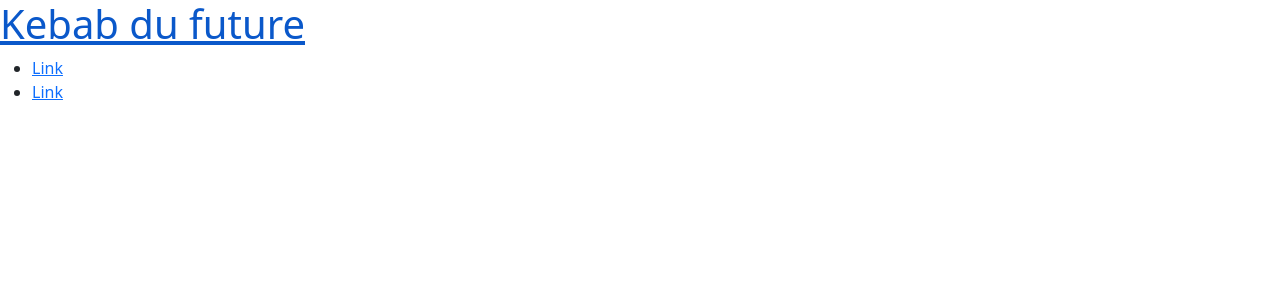
Repository: phbord/THP-js-exercices-manipulation-DOM
Page: index.html
The author's editor kept a copy of each file at every save. The page is drawn from the files as they stood at one save, then again after the next save.
The browser window is 1280 px wide. The pictures show the whole page.

Above is the page before, as saved 2021-07-19 10:21:33.

After the next save:
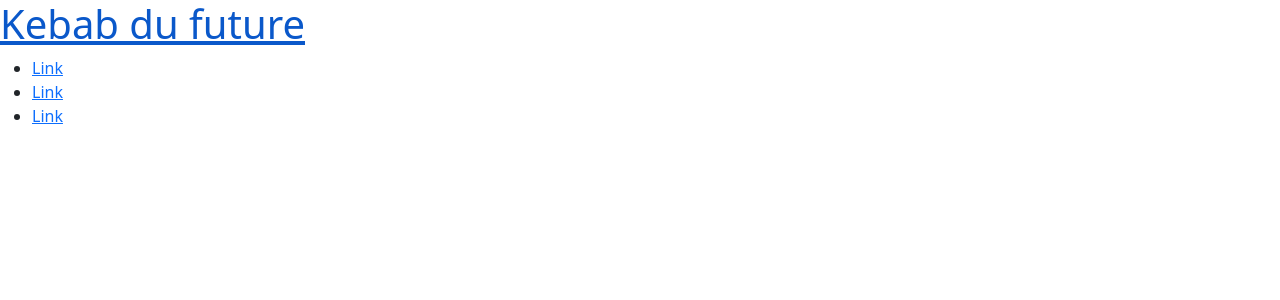
Saved 3 min 22 s later.
--- a/index.html
+++ b/index.html
@@ -22,6 +22,9 @@
                     <li>
                         <a class="" href="#">Link</a>
                     </li>
+                    <li>
+                        <a class="" href="#">Link</a>
+                    </li>
                 </ul>
             </nav>
         </header>
